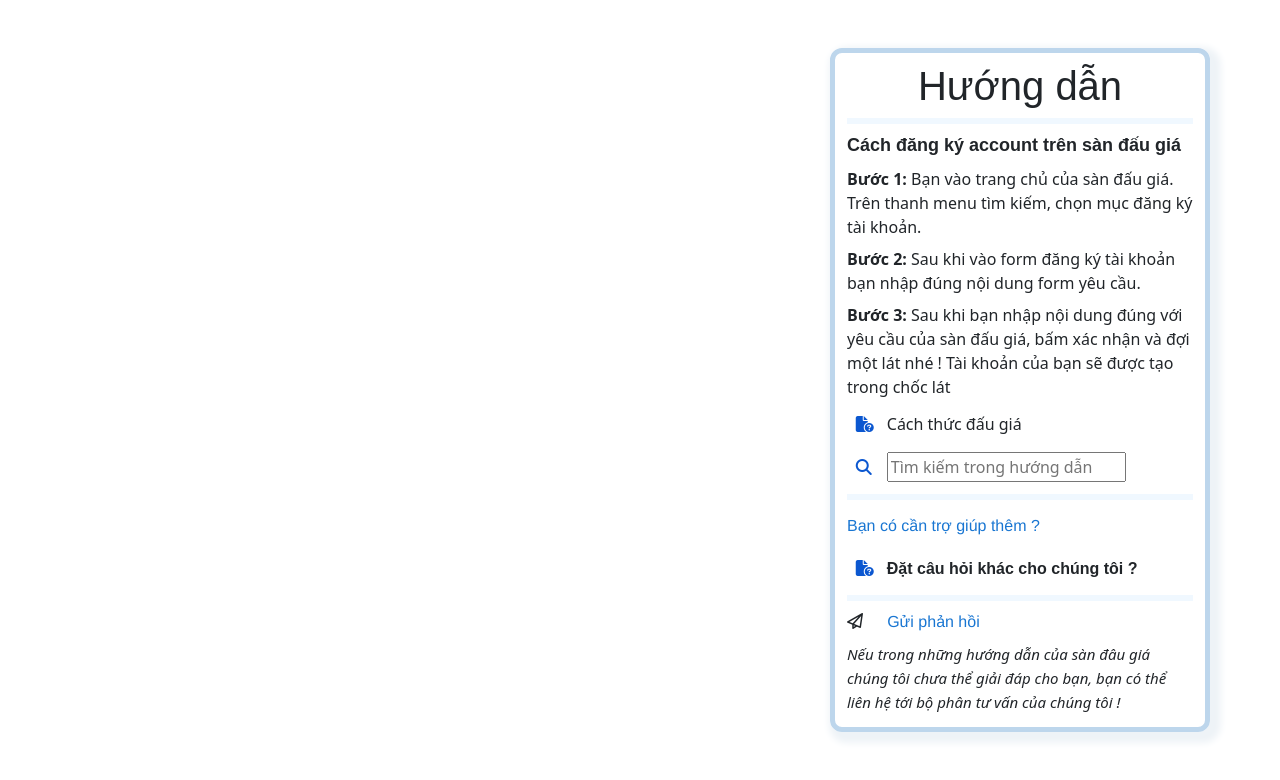
Repository: SonPhamThe/C0622G1-module5
Page: prototype--module6/guides/guide1.html
The author's editor kept a copy of each file at every save. The page is drawn from the files as they stood at one save, then again after the next save.
The browser window is 1280 px wide. The pictures show the whole page.
Some web libraries are served in a nearby version.

Above is the page before, as saved 2022-12-07 15:15:17.

### prototype--module6/guides/guide1.html
<!DOCTYPE html>
<html lang="en">
  <head>
    <meta charset="UTF-8" />
    <meta
      name="viewport"
      content="width=device-width, user-scalable=no, initial-scale=1.0, maximum-scale=1.0, minimum-scale=1.0"
    />
    <meta http-equiv="X-UA-Compatible" content="ie=edge" />
    <title>Trang chủ hướng dẫn</title>
    <link rel="stylesheet" href="guide1.css" />
    <link rel="icon" type="image/x-icon" href="favicon.ico" />

    <link
      rel="stylesheet"
      href="https://cdnjs.cloudflare.com/ajax/libs/font-awesome/6.2.1/css/all.min.css"
    />

    <link
      href="https://cdn.jsdelivr.net/npm/bootstrap@5.1.3/dist/css/bootstrap.min.css"
      rel="stylesheet"
      integrity="sha384-1BmE4kWBq78iYhFldvKuhfTAU6auU8tT94WrHftjDbrCEXSU1oBoqyl2QvZ6jIW3"
      crossorigin="anonymous"
    />
    <script
      src="https://cdn.jsdelivr.net/npm/bootstrap@5.1.3/dist/js/bootstrap.bundle.min.js"
      integrity="sha384-ka7Sk0Gln4gmtz2MlQnikT1wXgYsOg+OMhuP+IlRH9sENBO0LRn5q+8nbTov4+1p"
      crossorigin="anonymous"
    ></script>
    <link
      rel="stylesheet"
      href="https://cdnjs.cloudflare.com/ajax/libs/font-awesome/5.15.4/css/all.min.css"
    />
  </head>
  <body>
    <!--Khi chọn mục hướng dẫn trên navbar sẽ đổ modal xuống. Ở trang chủ hướng dẫn em tính làm gồm những phần:
      Cách đăng ký account,
      Thay đổi hoặc đặt lại mật khẩu của bạn,
      Quản lý mật khẩu, vv....
      Khi click một trong số option sẽ chuyển qua một form chứa nội dung của từng tiêu đề đó
     -->
    <div class="container mb-5 mt-5">
      <div class="row">
        <div class="col-lg-4"></div>
        <div class="col-lg-4"></div>
        <div class="boxed col-lg-4 shadow-md" style="height: 100% !important">
          <form>
            <div class="mt-1 text-center">
              <h1 style="font-family: sans-serif">Hướng dẫn</h1>
            </div>
            <div
              class="mb-2"
              style="height: 6px; background-color: aliceblue; width: 100%"
            ></div>
            <div class="mb-2">
              <label
                ><strong style="font-family: sans-serif; font-size: large"
                  >Cách đăng ký account trên sàn đấu giá</strong
                ></label
              >
            </div>
            <div class="mb-2">
              <span>
                <strong>Bước 1: </strong>
                Bạn vào trang chủ của sàn đấu giá. Trên thanh menu tìm kiếm,
                chọn mục đăng ký tài khoản.
              </span>
            </div>
            <div class="mb-2">
              <span>
                <strong>Bước 2: </strong>
                Sau khi vào form đăng ký tài khoản bạn nhập đúng nội dung form
                yêu cầu.
              </span>
            </div>
            <div class="mb-2">
              <span>
                <strong>Bước 3: </strong>
                Sau khi bạn nhập nội dung đúng với yêu cầu của sàn đấu giá, bấm
                xác nhận và đợi một lát nhé ! Tài khoản của bạn sẽ được tạo
                trong chốc lát
              </span>
            </div>

            <div class="mb-2">
              <i class="fa-solid fa-file-circle-question"></i>
              <label>Cách thức đấu giá</label>
            </div>

            <div class="mb-2">
              <i class="fa-solid fa-magnifying-glass"></i>
              <input
                type="search"
                class="search"
                placeholder="Tìm kiếm trong hướng dẫn"
              />
            </div>
            <div
              class="mb-2"
              style="height: 6px; background-color: aliceblue; width: 100%"
            ></div>

            <div class="mb-2">
              <h6
                class="mt-3 mb-3"
                style="color: #1976d2; font-family: Helvetica"
              >
                Bạn có cần trợ giúp thêm ?
              </h6>
              <div class="mb-2">
                <i class="fa-solid fa-file-circle-question"></i>
                <label style="font-family: sans-serif"
                  ><strong>Đặt câu hỏi khác cho chúng tôi ?</strong></label
                >
              </div>
              <div
                class="mb-2"
                style="height: 6px; background-color: aliceblue; width: 100%"
              ></div>
              <div class="mb-2">
                <i class="fa-regular fa-paper-plane"></i>
                <label
                  style="
                    color: #1976d2;
                    font-family: Helvetica;
                    margin-left: 20px;
                  "
                >
                  Gửi phản hồi
                </label>
              </div>
            </div>
          </form>
          <div class="mb-2">
            <span style="font-size: 15px" class="fst-italic"
              >Nếu trong những hướng dẫn của sàn đâu giá chúng tôi chưa thể giải
              đáp cho bạn, bạn có thể liên hệ tới bộ phân tư vấn của chúng tôi
              !</span
            >
          </div>
        </div>

        <div class="col-lg-3"></div>
      </div>
    </div>
  </body>
  <script src="//ajax.googleapis.com/ajax/libs/jquery/1.9.1/jquery.min.js"></script>
  <script
    src="https://cdn.jsdelivr.net/npm/popper.js@1.12.9/dist/umd/popper.min.js"
    integrity="sha384-ApNbgh9B+Y1QKtv3Rn7W3mgPxhU9K/ScQsAP7hUibX39j7fakFPskvXusvfa0b4Q"
    crossorigin="anonymous"
  ></script>
</html>

### prototype--module6/guides/guide1.css
.boxed {
  width: 400px;
  height: 550px;
}

.boxed {
  border: 5px solid;
  border-image-slice: 1;
  border-color: rgb(189, 214, 236);
  padding: 5px;
  border-radius: 12px;
  background-color: transparent;
  box-shadow: 5px 5px 7px 6px  rgb(238, 243, 247);
}

.fa-solid {
  color: #0b57d0;
  height: 1.125rem;
  margin: 0.55rem;
  visibility: initial;
  width: 1.125rem;
}

After the next save:
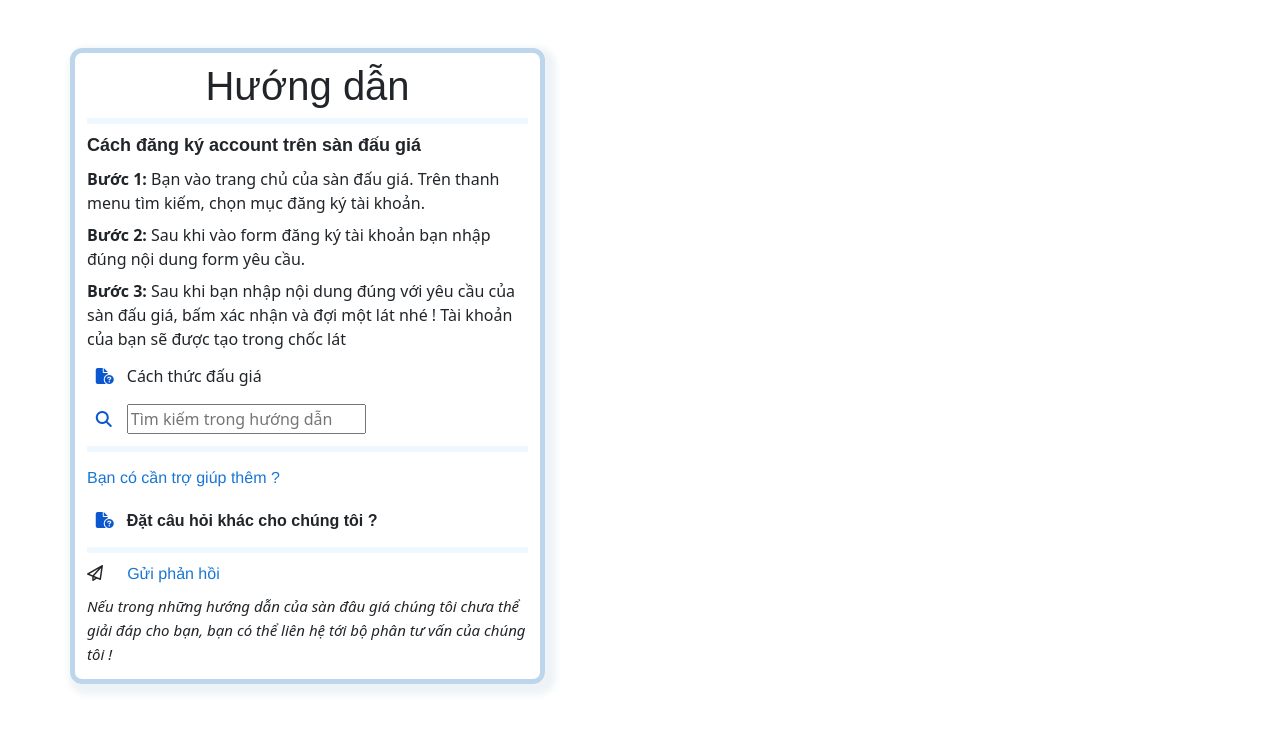
Saved 71 s later.
--- a/prototype--module6/guides/guide1.html
+++ b/prototype--module6/guides/guide1.html
@@ -43,7 +43,7 @@
       <div class="row">
         <div class="col-lg-4"></div>
         <div class="col-lg-4"></div>
-        <div class="boxed col-lg-4 shadow-md" style="height: 100% !important">
+        <div class="boxed col-lg-5 shadow-md" style="height: 100% !important">
           <form>
             <div class="mt-1 text-center">
               <h1 style="font-family: sans-serif">Hướng dẫn</h1>
